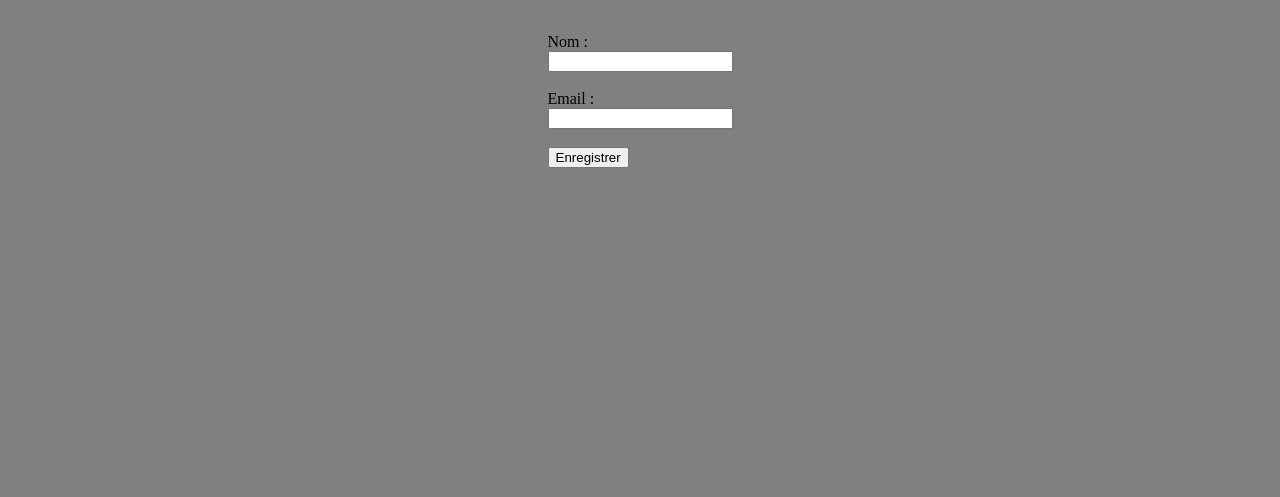
Repository: Haidara-97/TPJEE
Page: http://localhost/AppTest/
An editor plug-in stored every save of this project. The page is shown before and after the next save, followed by the edit.
The browser window is 1280 px wide. The pictures show the whole page.
The page is served by Tomcat 9.

Above is the page before, as saved 2025-06-18 13:59:56.

After the next save:
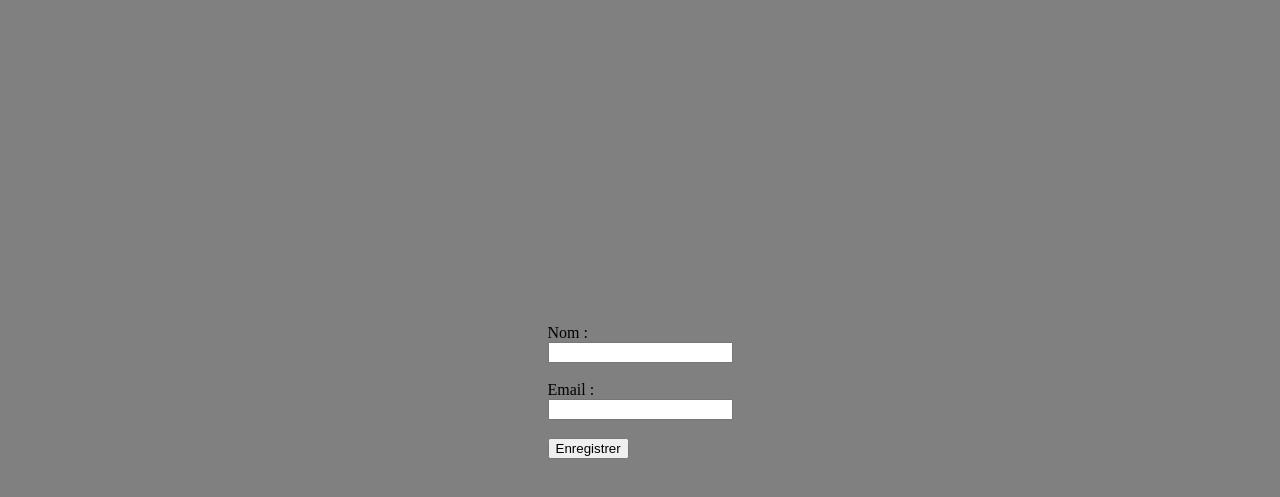
Saved 17 s later.
--- a/AppTest/src/main/webapp/index.jsp
+++ b/AppTest/src/main/webapp/index.jsp
@@ -13,7 +13,7 @@ align-items: center;
 }
 .forme{
 margin :auto;
-margin-top:25px;
+margin-top:25%;
 }
 </style>
 </head>
